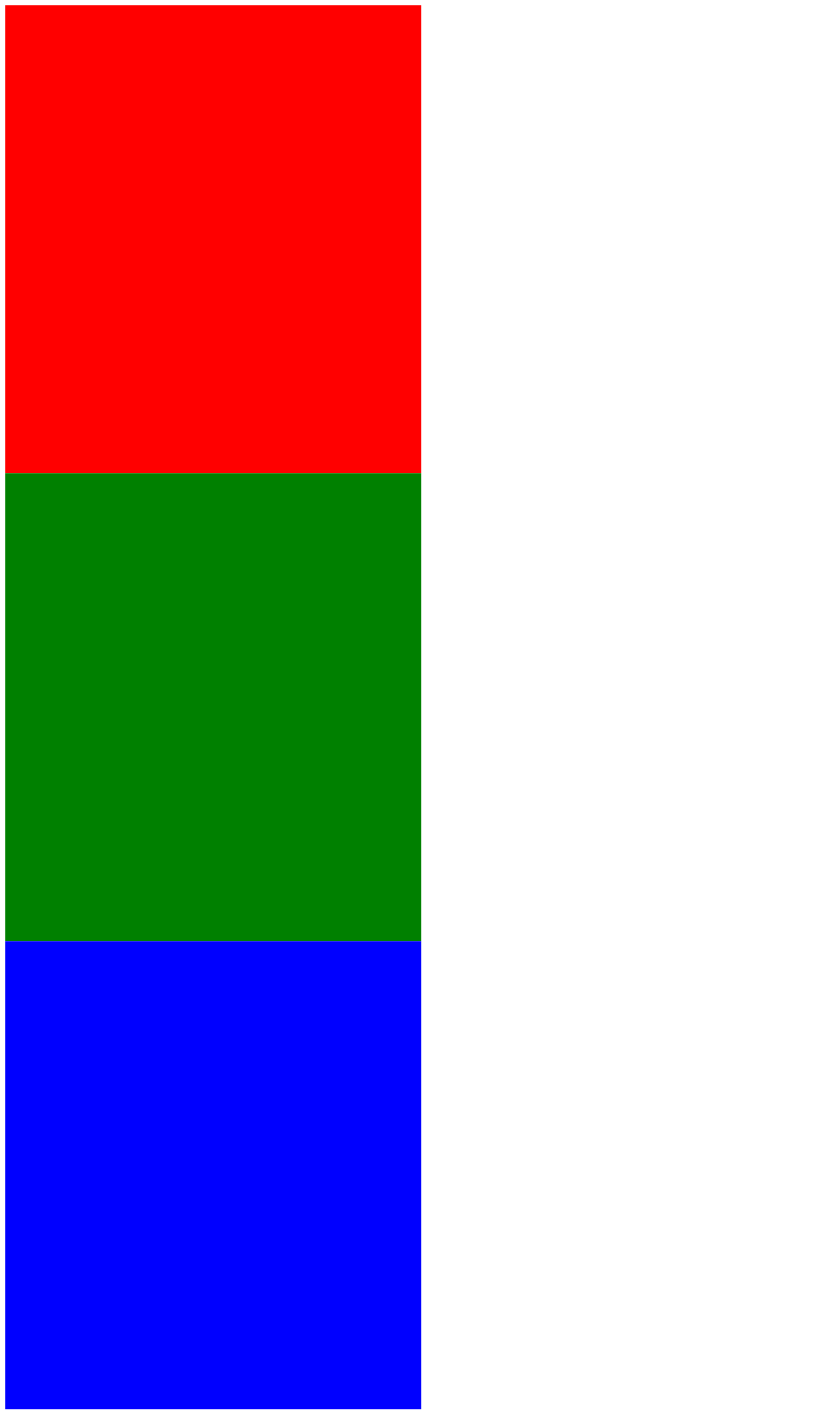
Repository: Sukhvir-Grewal/Driving-Test
Page: test.html
An editor plug-in stored every save of this project. The page is shown before and after the next save, followed by the edit.
The browser window is 1280 px wide. The pictures show the whole page, at 65% of full size.

Above is the page before, as saved 2024-01-28 16:53:07.

### test.html
<!DOCTYPE html>
<html lang="en">
<head>
    <meta charset="UTF-8">
    <meta name="viewport" content="width=device-width, initial-scale=1.0">
    <title>Document</title>
</head>
<style>
    body{
        background-color: ;
    }
    .container1, .container2, .container3{
        height: 100vh;
        width: 50vw;
        background-color: red;
    }
    .container2{
        background-color: green;
    }
    .container3{
        background-color: blue;
    }
</style>
<body>
    <div class="container1"></div>
    <div class="container2"></div>
    <div class="container3"></div>
</body>
</html>

After the next save:
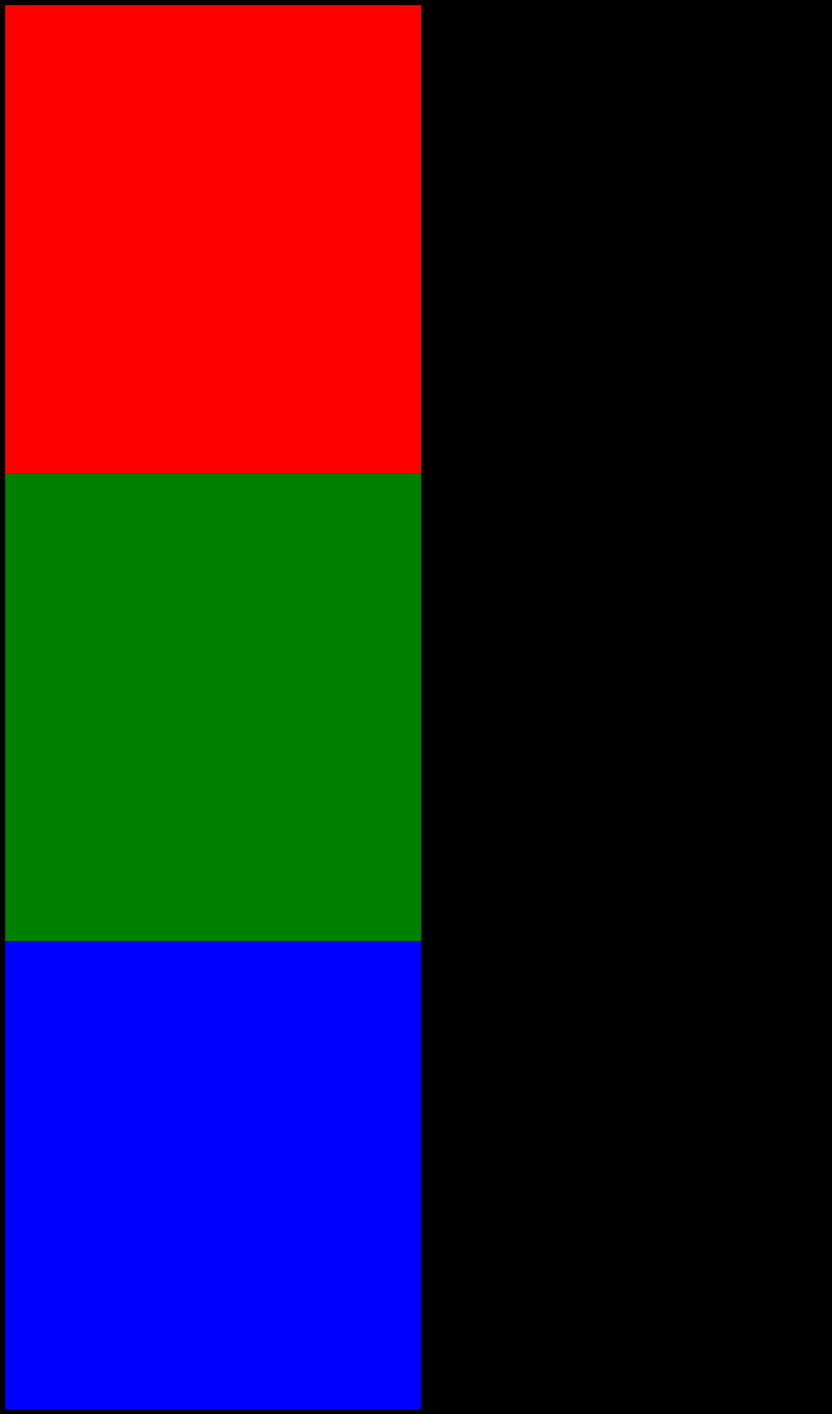
Saved 39 s later.
--- a/test.html
+++ b/test.html
@@ -7,7 +7,7 @@
 </head>
 <style>
     body{
-        background-color: ;
+        background-color: black;
     }
     .container1, .container2, .container3{
         height: 100vh;
@@ -26,4 +26,5 @@
     <div class="container2"></div>
     <div class="container3"></div>
 </body>
+<script></script>
 </html>
